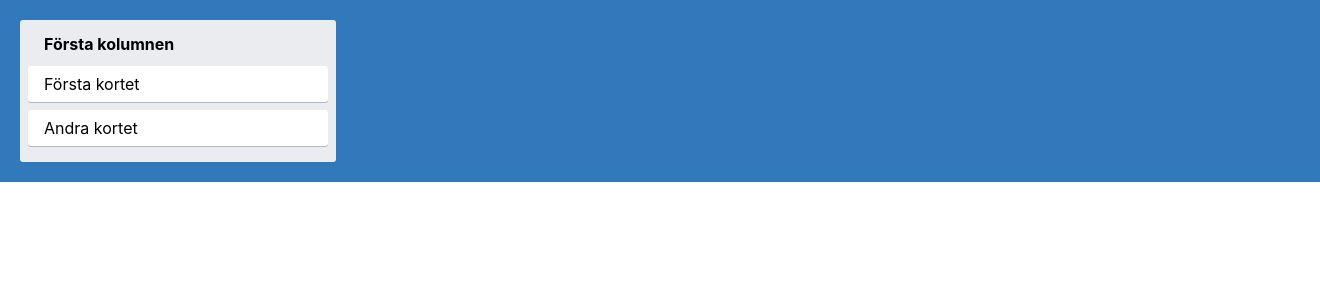
Repository: elander/grundkursen
Page: /
The author's editor kept a copy of each file at every save. The page is drawn from the files as they stood at one save, then again after the next save.
The browser window is 1280 px wide. The page is 1320 px wide, so the pictures cover 1320 px, including what lies to the right of the window. The pictures show the whole page.
The project was rebuilt for these pictures with package versions that can differ from the ones it lists, and the page was loaded fresh each time. Also part of the build but not shown: src/App.css.

Above is the page before, as saved 2022-04-25 10:37:30.

After the next save:
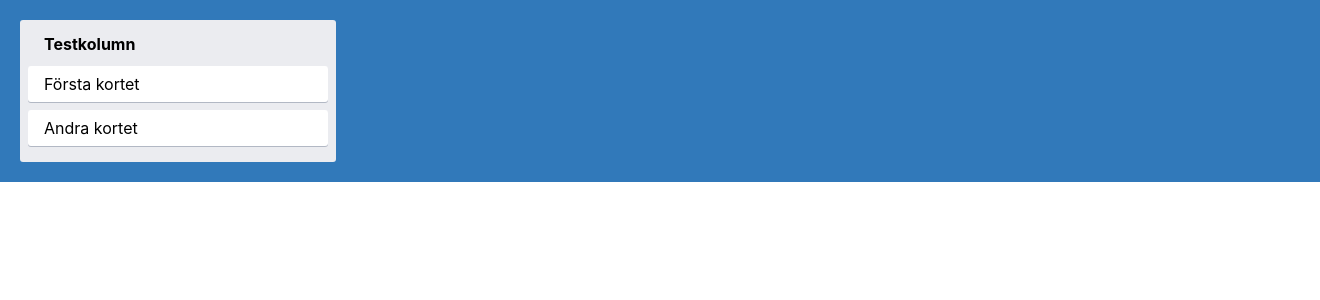
Saved 25 s later.
--- a/src/components/Column/Column.tsx
+++ b/src/components/Column/Column.tsx
@@ -7,7 +7,7 @@ type ColumnProps = {
 export const Column = ({text}: ColumnProps) => {
     return (
         <ColumnContainer>
-      <ColumnTitle>Första kolumnen</ColumnTitle>
+      <ColumnTitle>{text}</ColumnTitle>
       <CardContainer>Första kortet</CardContainer>
       <CardContainer>Andra kortet</CardContainer>
       </ColumnContainer>
